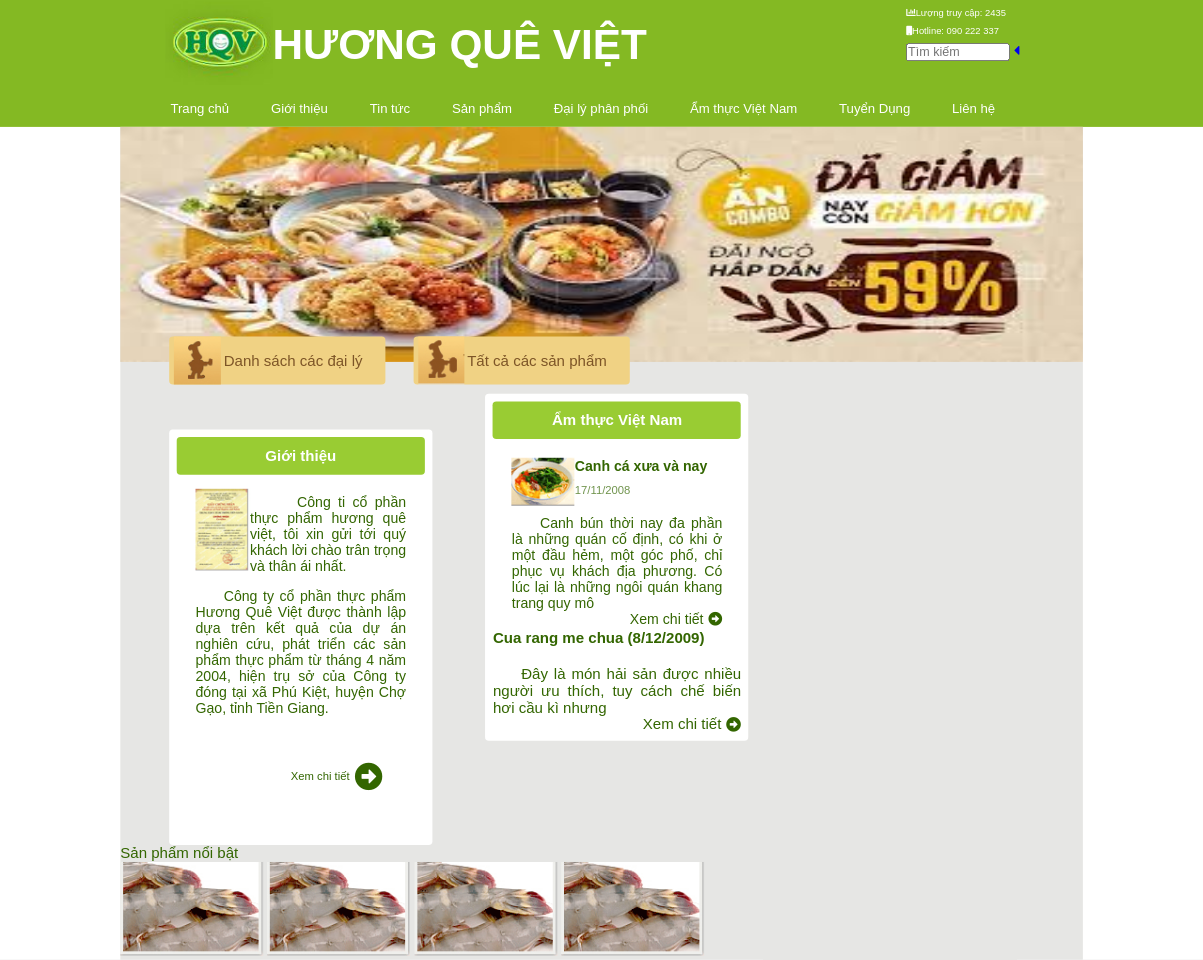
Repository: NgocTruong0701/Self_Learning
Page: html/practice/Baitapweb/index.html
The author's editor kept a copy of each file at every save. The page is drawn from the files as they stood at one save, then again after a run of saves.
The browser window is 1280 px wide. The pictures show the whole page, at 94% of full size.

Above is the page before, as saved 2021-10-06 21:51:03.

### html/practice/Baitapweb/index.html
<!DOCTYPE html>
<html>
    <head>
        <title>Web Bài 4</title>
        <meta charset="UTF-8">
        <meta name="author" content="Lê Ngọc Trường">
        <link rel="stylesheet" type="text/css" href="./assets/css/styles.css">
        <link rel="stylesheet" href="./assets/font/fontawesome-free-5.15.4-web/css/all.css">
    </head>

    <body>
        <!-- Begin Header -->
        <header>
            <!-- Banner -->
            <div id="banner">
                <!-- Khối bên trái -->
                <div class="box-left">
                    <!-- logo -->
                    <div class="logo">
                        <img src="./assets/pictures/logo/logo.jpg" alt="logo">
                    </div>

                    <!-- tiêu đề -->
                    <div class="header-heading">
                        hương quê việt
                    </div>
                </div>

                <!-- khối bên phải -->
                <div class="box-right">
                    <div class="thongtin">
                        <div class="ltruycap">
                            <i class="fas fa-chart-bar"></i>
                            <p>Lượng truy cập: 2435</p>
                        </div>

                        <div class="ltruycap">
                            <i class="fas fa-mobile"></i>
                            <p>Hotline: 090 222 337</p>
                        </div>
                    </div>

                    <div class="search">
                        <form action="url" method="GET" >
                            <input type="text" placeholder="Tìm kiếm" class="onhap">
                            <a href="#">
                                <i class="fas fa-caret-left"></i>
                            </a>
                        </form>
                    </div>
                </div>
            </div>

            <!-- menu header -->
            <div class="menu-header">
                <ul class="menu-tren">
                    <li><a href="#">Trang chủ</a></li>
                    <li><a href="#">Giới thiệu</a></li>
                    <li><a href="#">Tin tức</a></li>
                    <li><a href="#">Sản phẩm</a></li>
                    <li><a href="#">Đại lý phân phối</a></li>
                    <li><a href="#">Ẩm thực Việt Nam</a></li>
                    <li><a href="#">Tuyển Dụng</a></li>
                    <li><a href="#">Liên hệ</a></li>
                </ul>
            </div>

        </header>
        <!-- End Header -->

        <!-- Begin Body -->
        <div id="container">
            <div class="box-up">
                <div class="body-banner">
                    <img src="./assets/pictures/banner/banner.jpg" alt="body-banner">
                </div>

                <div class="box-list-title">
                    <div class="body-title">
                        <img src="./assets/pictures/product/BT1_03.gif" alt="daily">

                        <p class="body-list">
                            Danh sách các đại lý
                        </p>
                    </div>

                    <div class="body-title">
                        <img src="./assets/pictures/product/BT1_05.gif" alt="daily">

                        <p class="body-list">
                            Tất cả các sản phẩm
                        </p>
                    </div>
                </div>
            </div>


            <div class="box-down">
                <div class="introduce">
                    <p class="title-introduce">Giới thiệu</p>

                    <div class="box-introduce-first">
                        <img src="./assets/pictures/product/BT1_10.gif" alt="chứng nhận" class="image-box-left">

                        <p class="line-first">Công ti cổ phần thực phẩm hương quê việt, tôi xin gửi tới quý khách lời chào trân trọng và thân ái nhất.</p>

                        <p class="line-second">
                            Công ty cổ phần thực phẩm Hương Quê Việt được thành lập dựa trên kết quả của dự án nghiên cứu, phát triển các sản phẩm thực phẩm từ tháng 4 năm 2004, hiện trụ sở của Công ty đóng tại xã Phú Kiệt, huyện Chợ Gạo, tỉnh Tiền Giang.
                        </p>
                    </div>

                    <div class="more">
                        <p class="text-more">Xem chi tiết</p>

                        <i class="fas fa-arrow-alt-circle-right first-icon"></i>
                    </div>
                </div>

                <div class="review">
                    <p class="title-introduce">Ẩm thực Việt Nam</p>

                    <div class="box-review-first">
                        <img src="./assets/pictures/product/BT1_13.gif" alt="chứng nhận" class="image-box-left">

                        <div class="reviewer">
                            <p class="heading-up">Canh cá xưa và nay</p>

                            <p class="time">17/11/2008</p>
                        </div>


                        <p class="line-second">
                            Canh bún thời nay đa phần là những quán cố định, có khi ở một đầu hẻm, một góc phố, chỉ phục vụ khách địa phương. Có lúc lại là những ngôi quán khang trang quy mô
                        </p>
                        <div class="more-second">
                            <p class="text-more">Xem chi tiết</p>

                            <i class="fas fa-arrow-alt-circle-right second-icon"></i>
                        </div>
                    </div>

                    <div class="box-introduce-second">
                        <p class="heading-up">Cua rang me chua <span>(8/12/2009)</span></p>

                        <p class="line-second">
                            Đây là món hải sản được nhiều người ưu thích, tuy cách chế biến hơi cầu kì nhưng
                        </p>

                        <div class="more-second">
                            <p class="text-more">Xem chi tiết</p>

                            <i class="fas fa-arrow-alt-circle-right second-icon"></i>
                        </div>
                    </div>

                </div>



                <div class="list-introduce">
                    <p class="heading-list-introduce">
                        Sản phẩm nổi bật
                    </p>

                    <div class="picture-introduce">
                        <img src="./assets/pictures/product/BT1_16.gif" alt="one" class="img-introduce">
                        <img src="./assets/pictures/product/BT1_16.gif" alt="one" class="img-introduce">
                        <img src="./assets/pictures/product/BT1_16.gif" alt="one" class="img-introduce">
                        <img src="./assets/pictures/product/BT1_16.gif" alt="one" class="img-introduce">
                    </div>
                </div>
            </div>
        </div>
        <!-- End Body -->

        <!-- Begin Footer -->
        <footer>

        </footer>
        <!-- End Footer -->
    </body>
</html>

### html/practice/Baitapweb/assets/css/styles.css
/* RESET CSS */
*{
    padding:0;
    margin: 0;
    box-sizing:border-box;
}

html{
    font-family: Arial, Helvetica, sans-serif;
    color:#fff;
}
/* Begin Header */
header{
    background-color: rgb(132, 185, 35);
    text-align: center;
    width: 100%;
    height: 135px;
}

#banner{
    width: 100%;
    height: 95px;
    display: flex;
    justify-content: space-evenly
}



.header-heading{
    text-transform: uppercase;
    padding-right:100px;
    font-size: 45px;
    font-weight: 700;
}

header .box-left{
    display: flex;
    align-items: center;
}

header .box-right{
    display: inline-block;
    height: 95px;
    position: relative;
    width: 140px;
}

.menu-header{
    height: 40px;
}

.ltruycap{
    display: flex;
    margin: 8px 0;
}

.search{
    position: absolute;
    left:0;

}

.thongtin{
    font-size:10px;
}

.search .onhap{
    width: 110px;
}



.menu-tren li{
    display: inline-block;
    list-style-type:square ;
    margin-right:40px;
}

.menu-tren li a{
    line-height: 40px;
    text-decoration: none;
    color: #fff;
    font-size:14px;
}

.menu-tren li a:hover{
    color: #805528;
}

/* End Header */

/* Begin Container */
#container{
    background: #e6e6e4;
    width: 80%;
    margin-left: auto;
    margin-right: auto;
}
.box-up{
    position: relative;
}

.box-list-title{
    display: inline-flex;
    position: absolute;
    top: 223px;
    left: 52px;
}

.body-title{
    display: flex;
    align-items: center;
    background: #f0d284;
    width: 230px;
    margin-right: 30px;
    border-radius: 4px;
    padding-left:5px;
}

.body-banner img{
    height: 250px ;
    width: 100%;
}

.box-up .body-list{
    color:#7d5527;
    padding-left:3px ;
}

.box-down{
    color: #336600 ;
}

.box-down .introduce{
    margin-top: 30px;
    max-width: 280px;
    display: inline-block;
    margin-left: 52px;
    background: #fff;
    padding: 8px;
    border-radius: 4px;
}

.box-down .title-introduce{
    background: #99cc33;
    height: 40px;
    line-height: 40px;
    color:#fff;
    text-align:center;
    font-weight: 600;
    border-radius:4px;
}

.box-introduce-first{
    margin: 15px 20px 0 20px;
    font-size:15px;
}

.box-down img.image-box-left{
    float:left;
}

.line-first{
    text-indent: 50px;
    text-align: justify;
    padding:5px 0 0 0;
}

.line-second{
    clear: left;
    margin-top: 5px;
    width: 230x;
    text-align: justify;
}

.more{
    display: flex;
    float: right;
    margin: 50px 45px 50px 0;
    align-items: center;
    cursor:pointer;
}

.more .text-more{
    font-size: 12px;
    margin-right: 5px;
}

.more .first-icon{
    font-size:30px;

}

.review{
    margin-top: 30px;
    max-width: 280px;
    display: inline-block;
    margin-left: 52px;
    background: #fff;
    padding: 8px;
    border-radius: 4px;
}

.heading-up{
    font-weight: 600;
    margin-bottom: 10px;
}

.time{
    font-size:12px;
    opacity: 0.7;
}

.line-second{
    text-indent: 30px;
    padding-top: 10px;
}

.box-review-first{
    margin: 15px 20px 0 20px;
    font-size:15px;

}

.heading-up{
    display: block;
    margin-top: 20px;
}

.more-second{
    display: flex;
    float: right;
    align-items: center;
    cursor: pointer;
}

.text-more{
    margin-right: 5px;
}

heading-up{
    font-size:15px;
    border-top: solid;
    margin-top: 30px;
}
/* End Container */

/* Begin Footer */





/* End Footer */

Loaded but not shown: html/practice/Baitapweb/Web4-Webside-LeNgocTruong-2020601391/assets/font/fontawesome-free-5.15.4-web/css/all.css (library)

After the next 2 saves:
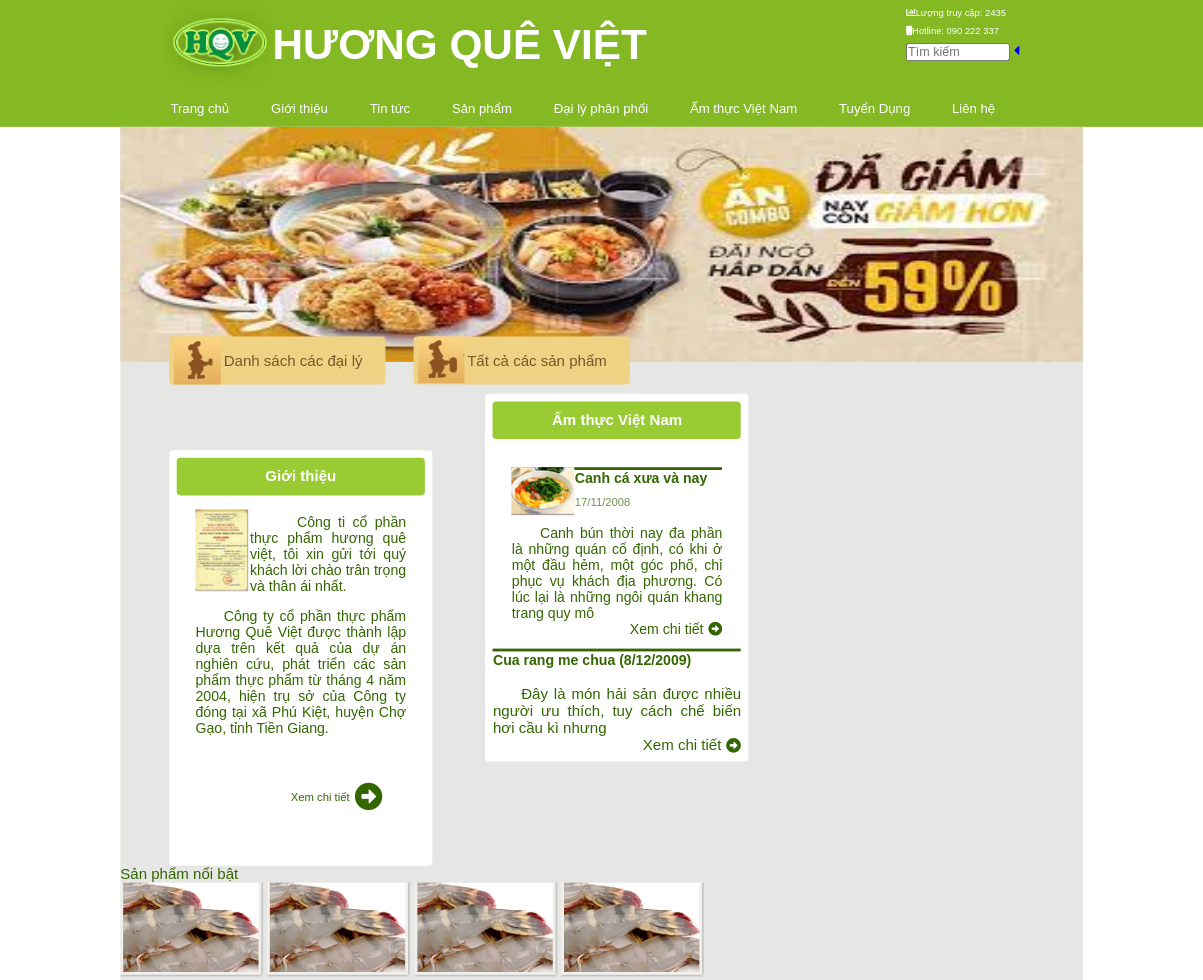
The 2 saves are shown as one change because they came seconds apart.
The last was saved 5 s later.
--- a/html/practice/Baitapweb/assets/css/styles.css
+++ b/html/practice/Baitapweb/assets/css/styles.css
@@ -238,7 +238,7 @@ header .box-right{
     margin-right: 5px;
 }
 
-heading-up{
+.heading-up{
     font-size:15px;
     border-top: solid;
     margin-top: 30px;
